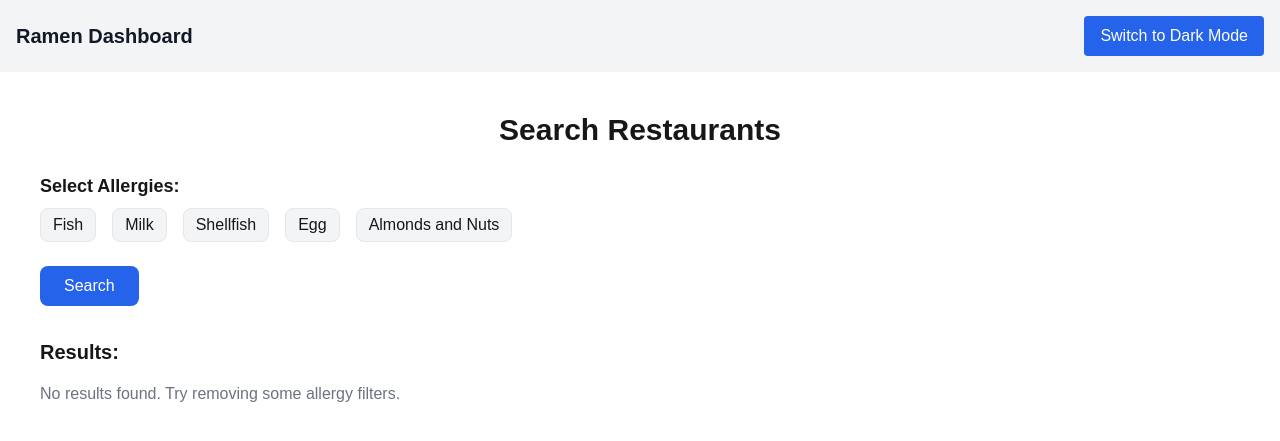
Repository: komuro-zero/ramen_dashboard
Page: /
An editor plug-in stored every save of this project. The page is shown before and after the next save, followed by the edit.
The browser window is 1280 px wide. The pictures show the whole page.
The project was rebuilt for these pictures with package versions that can differ from the ones it lists, and the page was loaded fresh each time. The framework's server and built-in components were replaced by stand-ins that run in the browser. Also part of the build but not shown: next.config.ts.

Above is the page before, as saved 2025-01-20 22:24:08.

### app/layout.tsx
import "./globals.css";
import { ThemeToggle } from "@/components/ThemeToggle"; // Import ThemeToggle component

export const metadata = {
  title: "Ramen Dashboard",
  description: "Filter restaurants based on your preferences",
};

export default function RootLayout({
  children,
}: {
  children: React.ReactNode;
}) {
  return (
    <html lang="en">
      <body>
        <header className="p-4 bg-gray-100 dark:bg-gray-900 text-gray-900 dark:text-gray-100 flex justify-between items-center">
          <h1 className="text-xl font-bold">Ramen Dashboard</h1>
          <ThemeToggle />
        </header>
        <main className="p-4">{children}</main>
      </body>
    </html>
  );
}

### app/page.tsx
"use client";

import { useState } from "react";

export default function SearchPage() {
  const [allergies, setAllergies] = useState<string[]>([]);
  const [results, setResults] = useState<any[]>([]);

  const allergyOptions = ["Fish", "Milk", "Shellfish", "Egg", "Almonds and Nuts"];

  const toggleAllergy = (allergy: string) => {
    setAllergies((prev) =>
      prev.includes(allergy) ? prev.filter((a) => a !== allergy) : [...prev, allergy]
    );
  };

  const fetchResults = async () => {
    try {
      const response = await fetch(`/api/search?allergies=${allergies.join(",")}`);
      const data = await response.json();
      setResults(data);
    } catch (error) {
      console.error("Error fetching results:", error);
    }
  };

  return (
    <div className="p-6">
      <h1 className="text-3xl font-bold mb-6 text-center">Search Restaurants</h1>

      <div className="mb-6">
        <h2 className="text-lg font-semibold mb-2">Select Allergies:</h2>
        <div className="flex flex-wrap gap-4">
          {allergyOptions.map((allergy) => (
            <label
              key={allergy}
              className="flex items-center gap-2 px-3 py-1 border rounded-lg cursor-pointer bg-gray-100 hover:bg-gray-200"
            >
              <input
                type="checkbox"
                value={allergy}
                checked={allergies.includes(allergy)}
                onChange={() => toggleAllergy(allergy)}
                className="hidden"
              />
              {allergy}
            </label>
          ))}
        </div>
      </div>

      <button
        onClick={fetchResults}
        className="px-6 py-2 bg-blue-600 text-white rounded-lg hover:bg-blue-700"
      >
        Search
      </button>

      <div className="mt-8">
        <h2 className="text-xl font-semibold mb-4">Results:</h2>
        {results.length > 0 ? (
          <div className="grid grid-cols-1 md:grid-cols-2 lg:grid-cols-3 gap-6">
            {results.map((shop) => (
              <div
                key={shop.id}
                className="border rounded-lg shadow-md p-4 bg-white"
              >
                <h3 className="text-lg font-bold mb-2">{shop.name}</h3>
                <p className="text-gray-500 mb-4">{shop.address}</p>
                <h4 className="text-md font-semibold mb-2">Ramen Bowls:</h4>
                <ul className="space-y-2">
                  {shop.ramen.map((bowl) => (
                    <li
                      key={bowl.id}
                      className={`p-2 rounded-lg ${bowl.allergens.length > 0
                        ? "bg-red-100 text-red-600"
                        : "bg-green-100 text-green-600"
                        }`}
                    >
                      <div className="font-medium">{bowl.name}</div>
                      {bowl.allergens.length > 0 && (
                        <div className="text-sm">
                          Allergens: {bowl.allergens.map((a) => a.name).join(", ")}
                        </div>
                      )}
                      {bowl.allergens.length === 0 && (
                        <div className="text-sm">No allergens 🎉</div>
                      )}
                    </li>
                  ))}
                </ul>
              </div>
            ))}
          </div>
        ) : (
          <p className="text-gray-500">No results found. Try removing some allergy filters.</p>
        )}
      </div>
    </div>
  );
}

### app/globals.css
@tailwind base;
@tailwind components;
@tailwind utilities;

/* Default light mode */
:root {
  --background: #ffffff;
  --foreground: #171717;
}

/* Dark mode overrides */
body.dark {
  --background: #0a0a0a;
  --foreground: #ededed;
}

body {
  background: var(--background);
  color: var(--foreground);
  font-family: Arial, Helvetica, sans-serif;
}

### components/ThemeToggle.tsx
"use client";

import { useEffect, useState } from "react";

export function ThemeToggle() {
    const [theme, setTheme] = useState<"light" | "dark">("light");

    // Load the current theme from localStorage or default to light
    useEffect(() => {
        const savedTheme = localStorage.getItem("theme") as "light" | "dark";
        if (savedTheme) {
            setTheme(savedTheme);
            document.body.classList.toggle("dark", savedTheme === "dark");
        }
    }, []);

    // Toggle the theme and save it to localStorage
    const toggleTheme = () => {
        const newTheme = theme === "light" ? "dark" : "light";
        setTheme(newTheme);
        localStorage.setItem("theme", newTheme);
        document.body.classList.toggle("dark", newTheme === "dark");
    };

    return (
        <button
            onClick={toggleTheme}
            className="px-4 py-2 bg-blue-600 text-white rounded hover:bg-blue-700"
        >
            Switch to {theme === "light" ? "Dark" : "Light"} Mode
        </button>
    );
}

Loaded but not shown: tailwind.config.ts (common file)

After the next save:
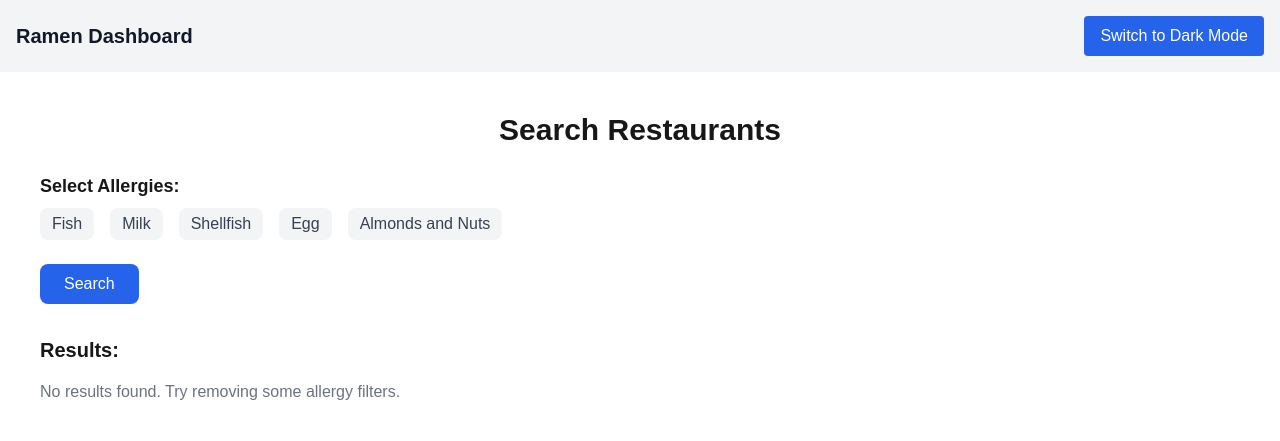
Saved 2 min 5 s later.
--- a/app/page.tsx
+++ b/app/page.tsx
@@ -32,19 +32,18 @@ export default function SearchPage() {
         <h2 className="text-lg font-semibold mb-2">Select Allergies:</h2>
         <div className="flex flex-wrap gap-4">
           {allergyOptions.map((allergy) => (
-            <label
+            <button
               key={allergy}
-              className="flex items-center gap-2 px-3 py-1 border rounded-lg cursor-pointer bg-gray-100 hover:bg-gray-200"
+              onClick={() => toggleAllergy(allergy)}
+              className={`px-3 py-1 rounded-lg cursor-pointer
+                ${allergies.includes(allergy)
+                  ? "bg-blue-600 text-white"
+                  : "bg-gray-100 text-gray-700"
+                }
+                hover:bg-blue-500 hover:text-white`}
             >
-              <input
-                type="checkbox"
-                value={allergy}
-                checked={allergies.includes(allergy)}
-                onChange={() => toggleAllergy(allergy)}
-                className="hidden"
-              />
               {allergy}
-            </label>
+            </button>
           ))}
         </div>
       </div>
